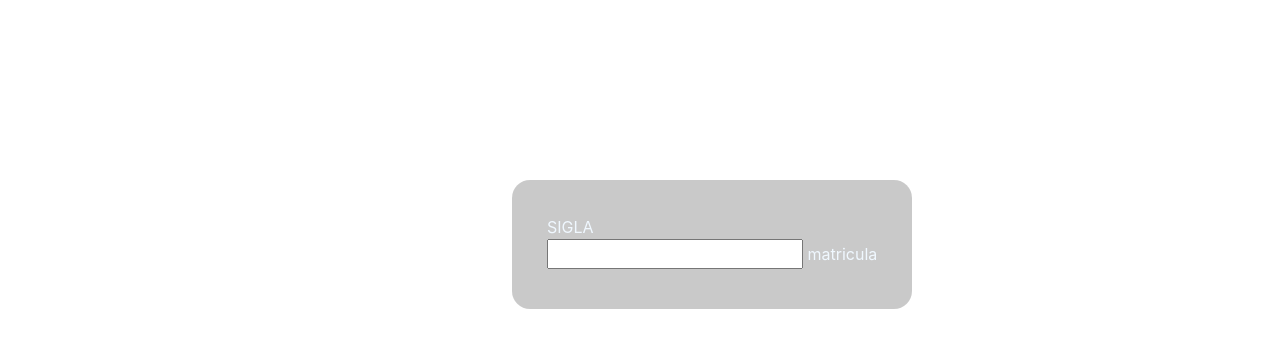
Repository: Melancia06/agenda
Page: index.html
An editor plug-in stored every save of this project. The page is shown before and after the next save, followed by the edit.
The browser window is 1280 px wide. The pictures show the whole page.

Above is the page before, as saved 2024-08-08 09:24:12.

After the next save:
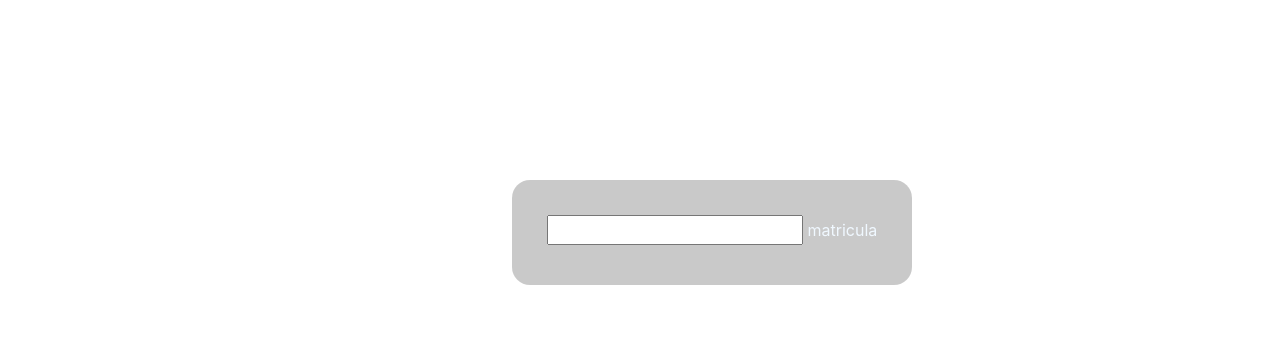
Saved 24 s later.
--- a/index.html
+++ b/index.html
@@ -9,7 +9,7 @@
     <title>começando a fazer esboço do sigla</title>
 </head>
 <body>
-    <div class="marca" > SIGLA
+    <div class="marca" ><a SIGLA
         <br>
         <input type="text" name="matricula" id="matricula" class="input" required>
         <label for="matricula">matricula</label>

After the 4 saves that followed:
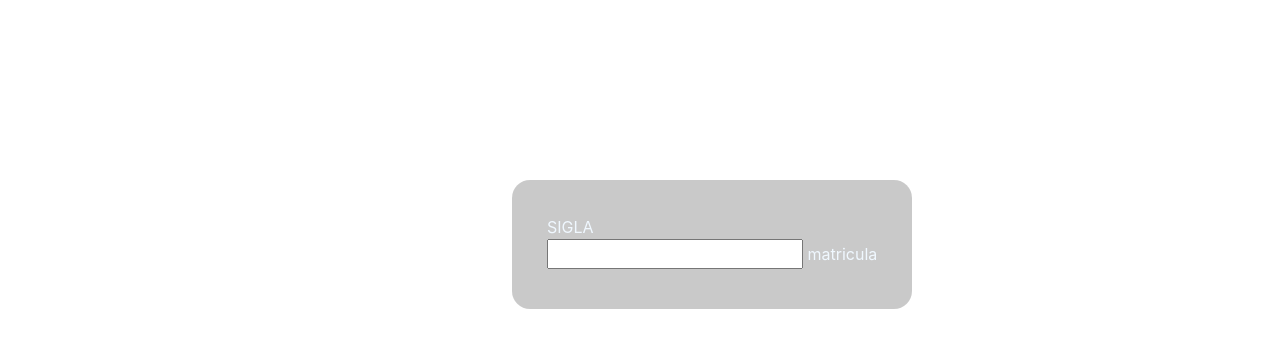
The 4 saves are shown as one change because they came seconds apart.
The last was saved 14 s later.
--- a/index.html
+++ b/index.html
@@ -9,7 +9,7 @@
     <title>começando a fazer esboço do sigla</title>
 </head>
 <body>
-    <div class="marca" ><a SIGLA
+    <div class="marca" ><a class="marca-marca"></a> SIGLA
         <br>
         <input type="text" name="matricula" id="matricula" class="input" required>
         <label for="matricula">matricula</label>
